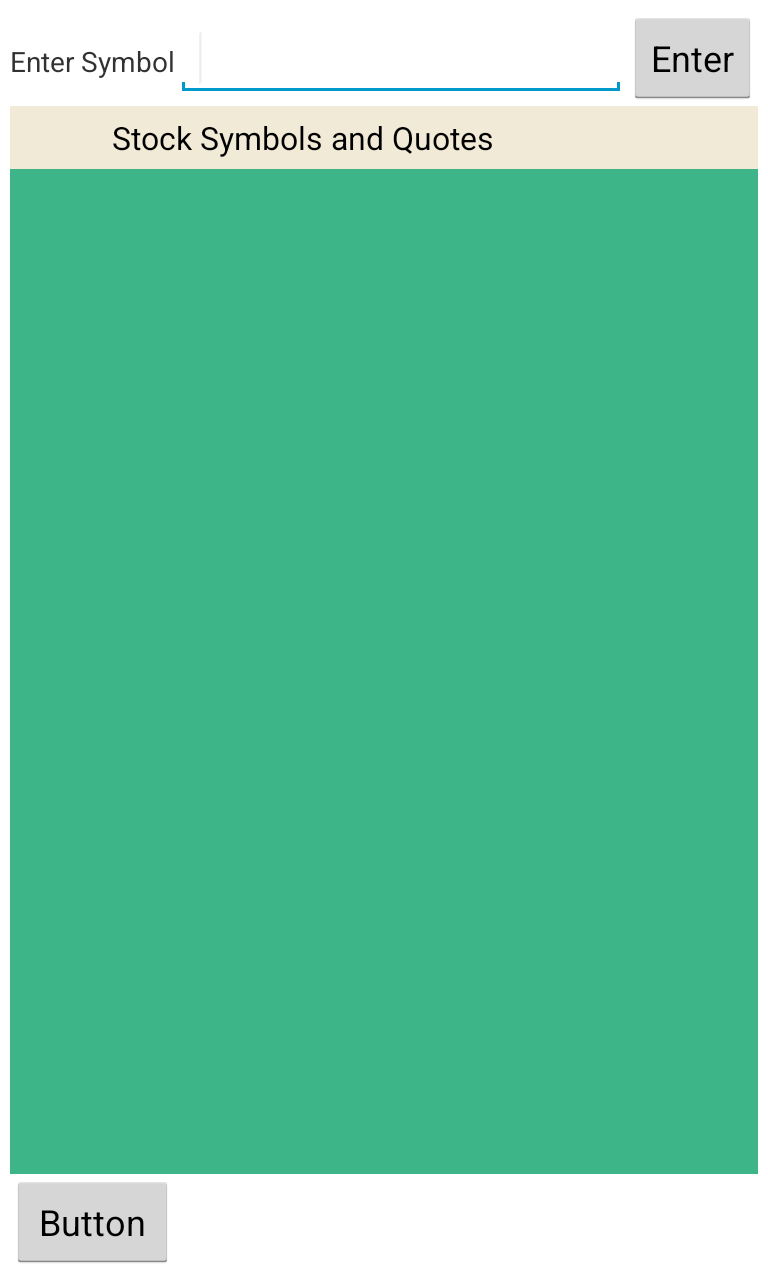
Repository: almeiduh/AndroidApps
Layout: StockQuote/res/layout/activity_main.xml
An editor plug-in stored every save of this project. The layout is shown before and after the next save, followed by the edit.
It is drawn on a 768 x 1280 px phone screen (xhdpi) without system bars, with theme AppTheme; the app's code is not run.

Above is the layout before, as saved 2014-02-05 00:16:40.

### StockQuote/res/layout/activity_main.xml
<TableLayout xmlns:android="http://schemas.android.com/apk/res/android"
    xmlns:tools="http://schemas.android.com/tools"
    android:id="@+id/TableLayout1"
    android:layout_width="match_parent"
    android:layout_height="match_parent"
    android:paddingBottom="@dimen/activity_vertical_margin"
    android:paddingLeft="@dimen/activity_horizontal_margin"
    android:paddingRight="@dimen/activity_horizontal_margin"
    android:paddingTop="@dimen/activity_vertical_margin"
    tools:context=".MainActivity" >

    <TableRow
        android:id="@+id/tableRow1"
        android:layout_width="match_parent"
        android:layout_height="wrap_content" >

        <TextView
            android:id="@+id/enterSymbolTextView"
            android:layout_width="wrap_content"
            android:layout_height="wrap_content"
            android:text="@string/stock_symbol" />

        <EditText
            android:id="@+id/stockSymbolEditText"
            android:layout_width="wrap_content"
            android:layout_height="wrap_content"
            android:ems="10"
            android:layout_weight="1"
            android:inputType="text"
            >

            <requestFocus />
        </EditText>

        <Button
            android:id="@+id/enterStockSymbolButton"
            android:layout_width="wrap_content"
            android:layout_height="wrap_content"
            android:text="@string/enter_stock_symbol" />

    </TableRow>

    <TableRow
        android:id="@+id/tableRow2"
        android:layout_width="match_parent"
        android:layout_height="wrap_content"
        android:background="@color/eggshell" >

        <TextView
            android:id="@+id/stockSymbolTextView"
            android:layout_width="match_parent"
            android:layout_height="wrap_content"
            android:layout_span="2"
            android:gravity="center_horizontal"
            android:padding="5dp"
            android:textColor="@color/black"
            android:textSize="@dimen/stock_list_text_size"
            android:text="@string/stock_symbol_list" />

    </TableRow>

    <TableRow
        android:id="@+id/tableRow3"
        android:layout_width="match_parent"
        android:layout_height="wrap_content"
        android:background="@color/mint"
        android:layout_weight="1" >

        <ScrollView
            android:id="@+id/stockScrollView"
            android:layout_width="match_parent"
            android:layout_height="wrap_content"
            android:layout_span="2"
            android:padding="5dp" >

            <TableLayout
                android:layout_width="match_parent"
                android:layout_height="wrap_content"
                android:padding="5dp"
				android:stretchColumns="yes">
            </TableLayout>
        </ScrollView>

    </TableRow>

    <TableRow
        android:id="@+id/tableRow4"
        android:layout_width="match_parent"
        android:layout_height="wrap_content" >

        <Button
            android:id="@+id/deleteTableButton"
            android:layout_width="wrap_content"
            android:layout_height="wrap_content"
            android:text="Button" />

    </TableRow>

</TableLayout>

### StockQuote/res/values/dimens.xml
<resources>

    <!-- Default screen margins, per the Android Design guidelines. -->
    <dimen name="activity_horizontal_margin">5dp</dimen>
    <dimen name="activity_vertical_margin">5dp</dimen>
    <dimen name="stock_list_text_size">16sp</dimen>

</resources>

### StockQuote/res/values/strings.xml
<?xml version="1.0" encoding="utf-8"?>
<resources>

    <string name="app_name">Get Stock Quotes</string>
    <string name="action_settings">Settings</string>
	<string name="stock_symbol">Enter Symbol</string>
	<string name="enter_stock_symbol">Enter</string>
	<string name="stock_symbol_list">Stock Symbols and Quotes</string>
	<string name="change_stock_symbol">Change</string>
	<string name="ok">OK</string>
	<string name="cancel">Cancel</string>
	<string name="missing_stock_symbol">Enter a Stock Symbol</string>
	<string name="invalid_stock_symbol">Invalid Stock Symbol</string>
	<string name="delete_all_symbols">Delete All Symbols</string>
	<string name="confirm_action">Are you sure?</string>
	<string name="get_stock_quote">Quote</string>
	<string name="go_to_website">Web</string>
	<string name="yahoo_stock_url">http://finance.yahoo.com/q?s=</string>
	<string name="stock_company_name">Company Name</string>
	<string name="stock_year_low">Year Low:</string>
	<string name="stock_year_high">Year High:</string>
	<string name="stock_days_low">Days Low:</string>
	<string name="stock_days_high">Days High:</string>
	<string name="title_activity_stock_info">StockInfoActivity</string>
	<string name="last_trade_price_only">Last Price:</string>
	<string name="change">Change:</string>
	<string name="days_range">Daily Price Range:</string>
</resources>

### StockQuote/res/values/colors.xml
<?xml version="1.0" encoding="utf-8"?>
<resources>
    <color name="aero_blue">#C9FFE5</color>
    <color name="eggshell">#F0EAD6</color>
    <color name="black">#000000</color>
    <color name="mint">#3EB489</color>
</resources>

Loaded but not shown: StockQuote/res/values/styles.xml (common file); StockQuote/res/values-v11/styles.xml (common file); StockQuote/res/values-v14/styles.xml (common file)

After the next save:
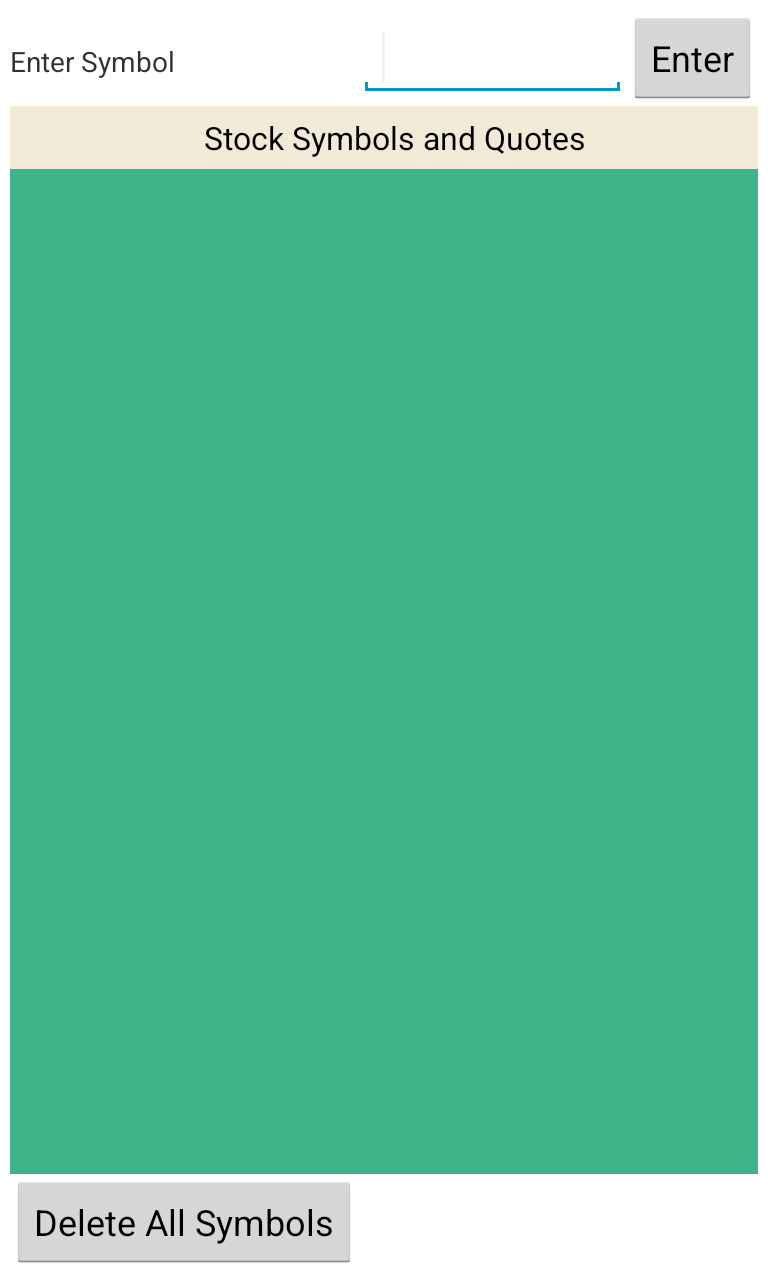
Saved 27 s later.
--- a/StockQuote/res/layout/activity_main.xml
+++ b/StockQuote/res/layout/activity_main.xml
@@ -92,7 +92,7 @@
             android:id="@+id/deleteTableButton"
             android:layout_width="wrap_content"
             android:layout_height="wrap_content"
-            android:text="Button" />
+            android:text="@string/delete_all_symbols" />
 
     </TableRow>
 
